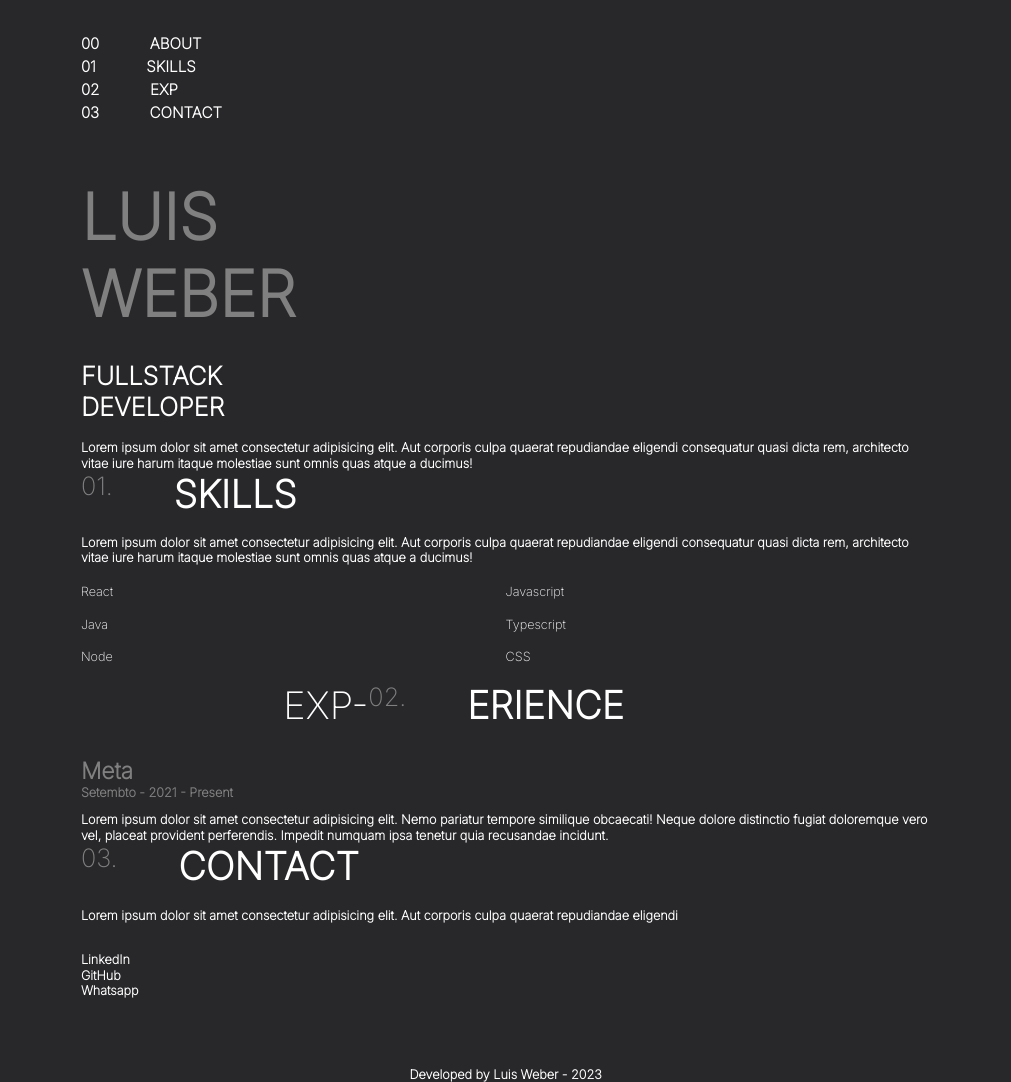
Repository: luiswh1/Portfolio
Page: /
These files come from the project's save history. The page is drawn as it stood at one moment and after a run of saves; the edit follows.
The browser window is 1280 px wide. The pictures show the whole page, at 79% of full size.
The project was rebuilt for these pictures with package versions that can differ from the ones it lists, and the page was loaded fresh each time.

Above is the page before, as saved 2023-05-31 19:22:22.

### public/index.html
<!DOCTYPE html>
<html lang="en">
  <head>
    <meta charset="utf-8" />
    <link rel="icon" href="%PUBLIC_URL%/favicon.ico" />
    <meta name="viewport" content="width=device-width, initial-scale=1" />
    <meta name="theme-color" content="#000000" />
    <meta
      name="description"
      content="Web site created using create-react-app"
    />
    <link rel="apple-touch-icon" href="%PUBLIC_URL%/logo192.png" />
    <!--
      manifest.json provides metadata used when your web app is installed on a
      user's mobile device or desktop. See https://developers.google.com/web/fundamentals/web-app-manifest/
    -->
    <link rel="manifest" href="%PUBLIC_URL%/manifest.json" />
    <!--
      Notice the use of %PUBLIC_URL% in the tags above.
      It will be replaced with the URL of the `public` folder during the build.
      Only files inside the `public` folder can be referenced from the HTML.

      Unlike "/favicon.ico" or "favicon.ico", "%PUBLIC_URL%/favicon.ico" will
      work correctly both with client-side routing and a non-root public URL.
      Learn how to configure a non-root public URL by running `npm run build`.
    -->

    <link rel="preconnect" href="https://fonts.googleapis.com">
    <link rel="preconnect" href="https://fonts.gstatic.com" crossorigin>
    <link href="https://fonts.googleapis.com/css2?family=Inter:wght@200&family=Poppins:wght@200;300&display=swap" rel="stylesheet">
    <title>React App</title>
  </head>
  <body>
    <noscript>You need to enable JavaScript to run this app.</noscript>
    <div id="root"></div>
    <!--
      This HTML file is a template.
      If you open it directly in the browser, you will see an empty page.

      You can add webfonts, meta tags, or analytics to this file.
      The build step will place the bundled scripts into the <body> tag.

      To begin the development, run `npm start` or `yarn start`.
      To create a production bundle, use `npm run build` or `yarn build`.
    -->
  </body>
</html>

### src/index.tsx
import React from 'react';
import ReactDOM from 'react-dom/client';
import App from './App';
import GlobalStyle from './styles/globalStyles';

const root = ReactDOM.createRoot(
  document.getElementById('root') as HTMLElement
);
root.render(
  <React.StrictMode>
    <GlobalStyle />
    <App />
  </React.StrictMode>
);

### src/App.tsx
import React from 'react';
import Home from './Pages/Home';

function App() {
  return (
   <Home />
  );
}

export default App;

### src/styles/globalStyles.tsx
import { createGlobalStyle } from 'styled-components'


const GlobalStyle = createGlobalStyle`
* {
    margin: 0;
    font-family: Inter;
  }

html {
  scroll-behavior: smooth;
}

  html, body {
    height: 100%;
    background-color: #28282B;
    color: white;
  }

`

export default GlobalStyle

### src/Pages/Home.tsx
import {
  Container,
  NameSection,
  StyledName,
  InnerContainer,
  Profession,
  About,
  LabelTitle,
  NumberIndex,
  IndexTitle,
  ListSkills,
  SkillItem,
  StyledSpanExp,
  Experience,
  Company,
  Date,
  Description,
  SectionContacts,
  ContactItem,
  FooterSection,
} from "./HomeStyles";
import IndexList from "../Components/IndexList/IndexList";
import { Fade } from "react-awesome-reveal";

const Home = () => {
  return (
    <Container>
      <InnerContainer>
        <Fade direction="down" triggerOnce>
          <IndexList />
          <NameSection>
            <StyledName>
              LUIS <br />
              WEBER
            </StyledName>
          </NameSection>

          <Profession>
            FULLSTACK <br />
            DEVELOPER
          </Profession>

          <About>
            Lorem ipsum dolor sit amet consectetur adipisicing elit. Aut
            corporis culpa quaerat repudiandae eligendi consequatur quasi dicta
            rem, architecto vitae iure harum itaque molestiae sunt omnis quas
            atque a ducimus!
          </About>

          <LabelTitle>
            <NumberIndex>01.</NumberIndex>
            <IndexTitle>SKILLS</IndexTitle>
          </LabelTitle>

          <About>
            Lorem ipsum dolor sit amet consectetur adipisicing elit. Aut
            corporis culpa quaerat repudiandae eligendi consequatur quasi dicta
            rem, architecto vitae iure harum itaque molestiae sunt omnis quas
            atque a ducimus!
          </About>

          <ListSkills>
            <SkillItem>React</SkillItem>
            <SkillItem>Javascript</SkillItem>
            <SkillItem>Java</SkillItem>
            <SkillItem>Typescript</SkillItem>
            <SkillItem>Node</SkillItem>
            <SkillItem>CSS</SkillItem>
          </ListSkills>

          <LabelTitle>
            {/* TODO Ajustar o EXP em diferente resoluções de celular, pois está ficando desalinhado com o ERIENCE */}
            <StyledSpanExp>EXP-</StyledSpanExp>
            <NumberIndex>02.</NumberIndex>
            <IndexTitle>ERIENCE</IndexTitle>
          </LabelTitle>

          <Experience>
            <Company>Meta</Company>
            <Date>Setembto - 2021 - Present</Date>
            <Description>
              Lorem ipsum dolor sit amet consectetur adipisicing elit. Nemo
              pariatur tempore similique obcaecati! Neque dolore distinctio
              fugiat doloremque vero vel, placeat provident perferendis. Impedit
              numquam ipsa tenetur quia recusandae incidunt.
            </Description>
          </Experience>

          <LabelTitle>
            <NumberIndex>03.</NumberIndex>
            <IndexTitle>CONTACT</IndexTitle>
          </LabelTitle>

          <About>
            Lorem ipsum dolor sit amet consectetur adipisicing elit. Aut
            corporis culpa quaerat repudiandae eligendi
          </About>

          <SectionContacts>
            <ContactItem>LinkedIn</ContactItem>
            <ContactItem>GitHub</ContactItem>
            <ContactItem>Whatsapp</ContactItem>
          </SectionContacts>

          <FooterSection>
            <h4>Developed by Luis Weber - 2023</h4>
          </FooterSection>
        </Fade>
      </InnerContainer>
    </Container>
  );
};

export default Home;

### src/Pages/HomeStyles.tsx
import { styled } from "styled-components";

export const Container = styled.div`
  width: 100%;
  height: 100%;
  overflow: hidden;
`;

export const InnerContainer = styled.div`
  margin-left: 8vw;
  margin-right: 8vw;
`;

export const NameSection = styled.div`
  width: 100%;
  height: 100%;
  margin-top: 10vh;
`;

export const StyledName = styled.h1`
  font-size: 5em;
  color: gray;
`;

export const Profession = styled.h1`
margin-top: 5vh;
`

export const About = styled.p`
margin-top: 3vh;
color: white;
font-weight: bold;
`
export const LabelTitle = styled.div`
  display: flex;
`;

export const StyledSpanExp = styled.span`
  font-size: 3em;
  color: white;
  margin-left: 20vw;
`;

export const NumberIndex = styled.span`
  font-size: 2em;
  color: gray;
  margin-right: 3vw;
`;

export const IndexTitle = styled.span`
  font-size: 3em;
  color: white;
  margin-left: 3vw;
  font-weight: bold;
`;


export const ListSkills = styled.div`
margin-top: 3vh;
display: flex;
  flex-wrap: wrap;
`;

export const SkillItem = styled.span`
flex-basis: 50%;
margin-bottom: 3vh;
color: white;
`;

export const Experience = styled.section`
margin-top: 5vh;
color: gray;
`

export const Company = styled.h5`
font-size: 1.8em;
`

export const Date = styled.h6`
font-size: 1em;
`

export const Description = styled.p`
color: white;
font-weight: bold;
margin-top: 2vh;
`

export const SectionContacts = styled.p`
margin-top: 5vh;
display: flex;
flex-wrap: wrap;
`

export const ContactItem = styled.span`
flex-basis: 100%;
color: white;
font-weight: bold;
`

export const FooterSection = styled.section`
margin-top: 12vh;
color: white;
font-weight: bold;
display: flex;
justify-content: center;
`

### src/Components/IndexList/IndexList.tsx
import React from "react";
import { Sections, SectionItem } from "./IndexListStyles";

const IndexList = () => {
  return (
    <>
      <Sections>
        <SectionItem>
          <span>00</span>
          <span>ABOUT</span>
        </SectionItem>
        <SectionItem>
          <span>01</span>
          <span>SKILLS</span>
        </SectionItem>
        <SectionItem>
          <span>02</span>
          <span>EXP</span>
        </SectionItem>
        <SectionItem>
          <span>03</span>
          <span>CONTACT</span>
        </SectionItem>
      </Sections>
    </>
  );
};

export default IndexList;

### src/Components/IndexList/IndexListStyles.tsx
import { styled } from "styled-components";

export const Sections = styled.div`
margin-top: 6vh;
`

export const SectionItem = styled.span`
color: white;
font-size: 1.2rem;
font-weight: bold;
display: block;
span:first-child {
    margin-right: 5vw;
  }
  margin-top: 5px;
`

After the next 2 saves:
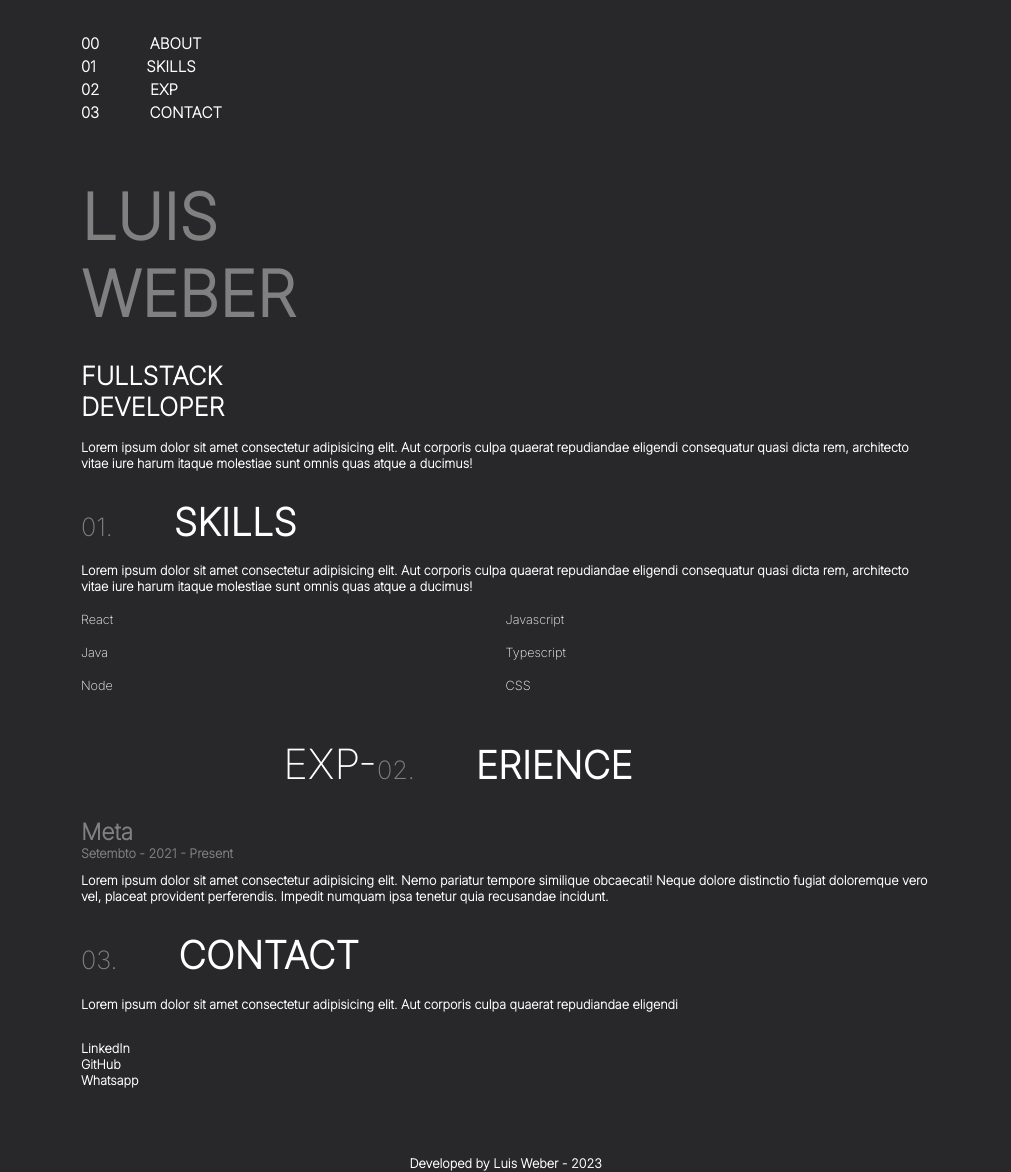
The 2 saves are shown as one change because 1 did not build or start.
The last was saved 31 s later.
--- a/src/Pages/HomeStyles.tsx
+++ b/src/Pages/HomeStyles.tsx
@@ -32,14 +32,8 @@ color: white;
 font-weight: bold;
 `
 export const LabelTitle = styled.div`
-  display: flex;
-`;
-
-export const StyledSpanExp = styled.span`
-  font-size: 3em;
-  color: white;
-  margin-left: 20vw;
-`;
+margin-top: 5vh;
+`
 
 export const NumberIndex = styled.span`
   font-size: 2em;
@@ -66,6 +60,12 @@ flex-basis: 50%;
 margin-bottom: 3vh;
 color: white;
 `;
+
+export const StyledSpanExp = styled.span`
+font-size: 3.3em;
+color: white;
+margin-left: 20vw;
+`
 
 export const Experience = styled.section`
 margin-top: 5vh;
